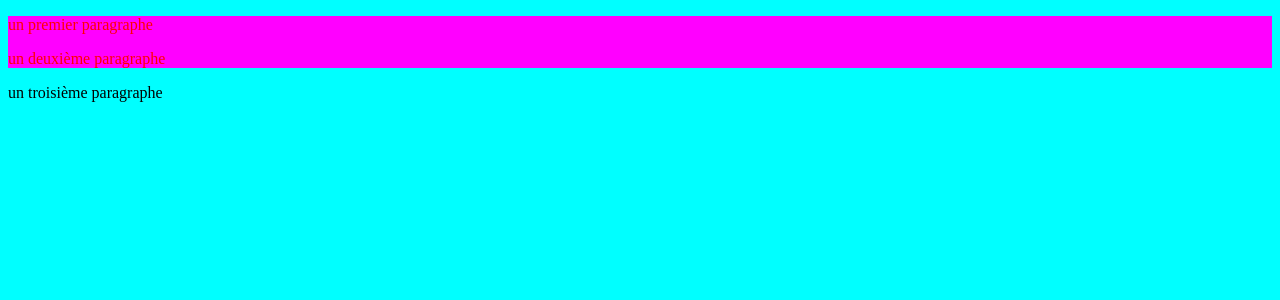
Repository: serviceshuios/-git-reference-java-lyon-worspace
Page: workspaceWeb/MaPremierePage/WebContent/DivEtSpan.html
These files come from the project's save history. The page is drawn as it stood at one moment and after the next save; the edit follows.
The browser window is 1280 px wide. The pictures show the whole page.

Above is the page before, as saved 2017-04-03 14:48:53.

### workspaceWeb/MaPremierePage/WebContent/DivEtSpan.html
<!DOCTYPE html>
<html>
	<head>
		<meta charset="UTF-8">
		<title>Div et Span</title>
		<link rel="stylesheet" href="css/style5.css" />
	</head>
	<body>
	  <div class="madiv">
		<p>un premier paragraphe</p>
		<p>un deuxième paragraphe</p>
	  </div>
		<p>un troisième paragraphe</p>
	</body>
</html>

### workspaceWeb/MaPremierePage/WebContent/css/style5.css
@CHARSET "UTF-8";
body{
	background-color: #00ffff;
}
.madiv{
	background-color: RGB(255,000,255);
	color:red;
}

After the next save:
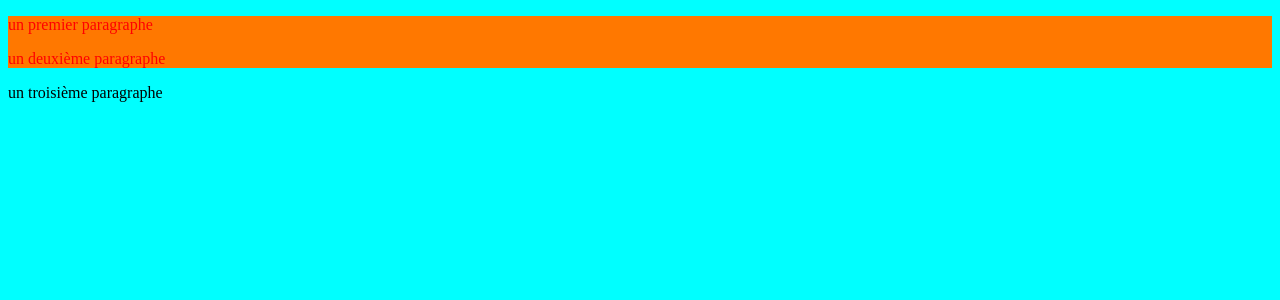
Saved 31 s later.
--- a/workspaceWeb/MaPremierePage/WebContent/css/style5.css
+++ b/workspaceWeb/MaPremierePage/WebContent/css/style5.css
@@ -3,6 +3,6 @@ body{
 	background-color: #00ffff;
 }
 .madiv{
-	background-color: RGB(255,000,255);
+	background-color: RGB(255,120,000);
 	color:red;
 }
